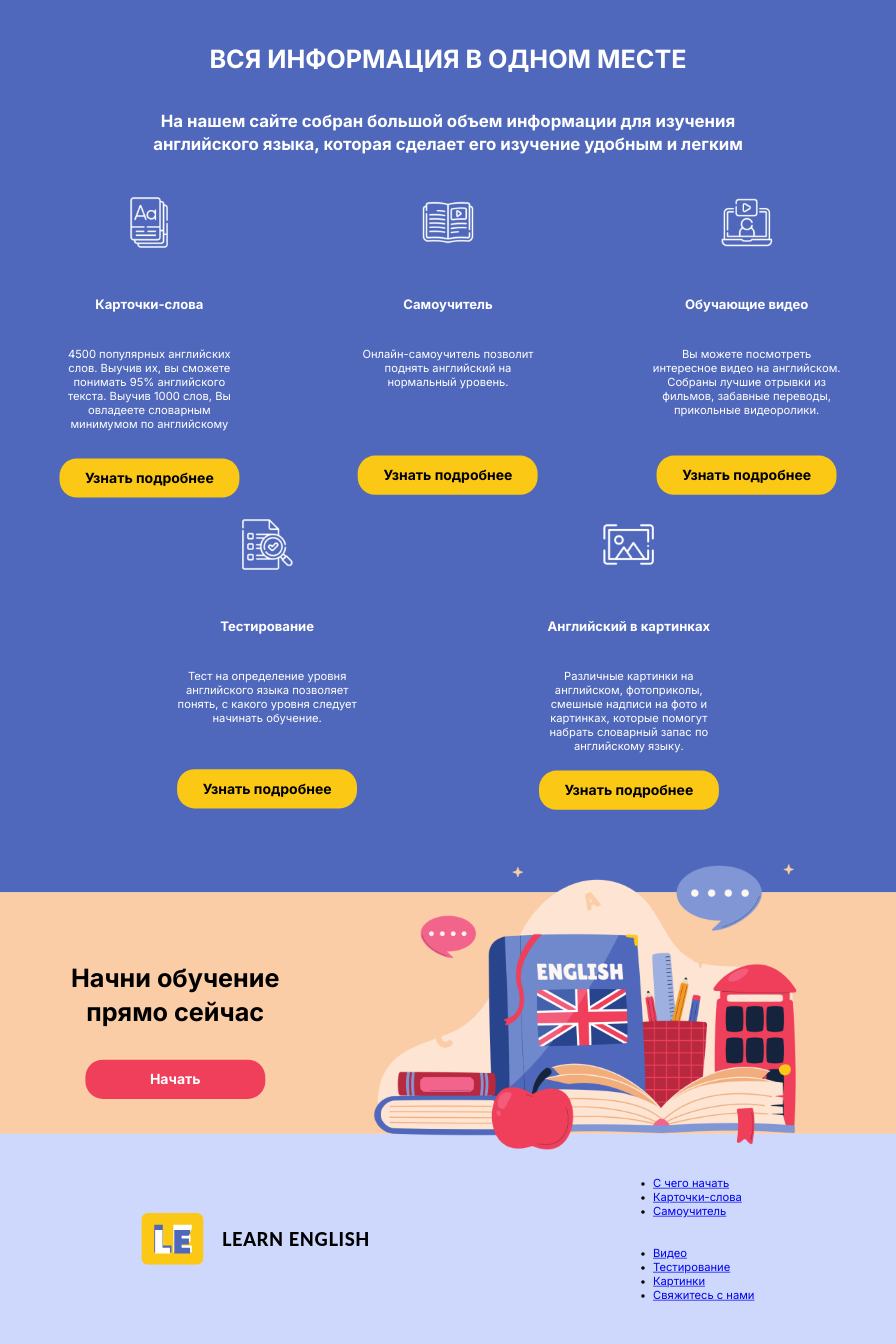
Repository: WladimirVA/Diplom
Page: scool/index.html
These files come from the project's save history. The page is drawn as it stood at one moment and after the next save; the edit follows.
The browser window is 1280 px wide. The pictures show the part of the page from y = 1377 to 3297 px (the page is 3297 px tall), at 70% of full size.

Above is the page before, as saved 2023-07-19 15:04:33.

### scool/index.html
<!DOCTYPE html>
<html lang="en">
<head>
    <meta charset="UTF-8">
    <meta name="viewport" content="width=device-width, initial-scale=1.0">
    <link href="./css/index.css" rel="stylesheet" type="text/css">
    <link href="../static/css/fonts.css" rel="stylesheet" type="text/css">
    <link rel="icon" sizes="16x16" href="./img/Vector.svg" type="image/x-icon">
    <title>Learn english</title>
</head>
<body>
    <header class="header" di="HOME">
        <div class="section">
            <div class="section-header">
                <div class="logo">
                    <img src="./img/Vector.svg">
                    <p>Learn english</p>
                </div>
                <div>

                    <ul class="ddropdownn">
                        <li class="ddropdownn-top">
                        <a class="ddropdownn-top" href="#">С чего начать</a>
                        </li>
                        <li class="ddropdownn-top">
                            <a class="ddropdownn-top" href="mailto:dyadichenko_va@mail.ru">Свяжитесь с нами</a>
                        </li>
                        <li class="ddropdownn-top">
                        <a class="ddropdownn-top" href="#">Обучение &#9660;</a>
                            <ul class="ddropdownn-inside">
                                <li><a href="/">Карточки-слова</a></li>
                                <li><a href="/">Самоучитель</a></li>
                                <li><a href="/">Видео</a></li>
                                <li><a href="/">Тестирование</a></li>
                                <li><a href="/">Картинки</a></li>
                            </ul>
                        </li>

                    </ul>
                </div>
            </div>
        </div>
    </header>
    <main>
        <section class="BEGINNES">
            <div class="section">
                <div class="content-beginners">
                    <div class="beginners-inf">
                        <h1>Английский <br>для начинающих</h1>
                        <p>Огромный объём <span  style="font-weight:900"> бесплатный <br></span> информации для изучения английского языка</p>
                        <div>
                            <ul class="home_ul">
                                <li class="home_li"><img class="check" src="./img/Иконка _Галочка_ 3.svg">Без регистрации</li>
                                <li class="home_li"><img class="check" src="./img/Иконка _Галочка_ 3.svg">Удобно и легко</li>
                            </ul>
                        </div>
                        <div class="buttonsHome">
                            <form action="#" method="post">
                                <button class="button_home">Начать обучение</button>
                            </form>
                        </div>
                    </div>
                    <div class="beginners-img">
                        <img src="./img/BACKGROUND.png" alt="foto">
                    </div>
                </div>
            </div>
        </section>
        <section class="LEARNING">
            <div class="section">
                <div class="content-learning">
                    <h1>С чего начать изучение<br> английского языка</h1>
                        <div class="learning">
                            <div class="img-learning">
                                <img src="./img/Group 31.png" alt="foto">
                            </div>
                            <div class="learning-text">
                                <div>
                                    <p class="popular">Самым популярным языком в мире является английский язык</p>
                                </div>
                                <div class="learning-text-img">
                                    <img src="./img/1.png" alt="number1">
                                    <p>Если у Вас уже есть определённые знания английского языка, проверьте свой уровень владения языком с помощью онлайн-тестирования, созданного по междунарожным стандартам</p>
                                </div>
                                <div class="learning-text-img">
                                    <img src="./img/2.png" alt="number2">
                                    <p>Если Вы решили изучать английский впервые, то начните с карточек-слов. Каждый день пробегайте по 20-100 слов</p>
                                </div>
                            </div>
                        </div>
                </div>
            </div>
        </section>
        <section class="INFORMATION">
            <div class="section">
                <div class="content-information">
                    <div class="information-text">
                        <h1>Вся информация в одном месте</h1>
                        <p>На нашем сайте собран большой объем информации для изучения <br> английского языка, которая сделает его изучение удобным и легким</p>
                    </div>
                </div>
                <div class="information">
                    <div class="information1">
                        <div class="a">
                            <img src="./img/Mask group.png" alt="foto">
                            <h3>Карточки-слова</h3>
                            <p>4500 популярных английских слов. Выучив их, вы сможете понимать 95% английского текста. Выучив 1000 слов,
                                Вы овладеете словарным минимумом по английскому</p>
                            <form class="buttton-inf1" action="#" method="post">
                                <button class="button_home">Узнать подробнее</button>
                            </form>
                        </div>
                        <div class="b">
                            <img src="./img/Mask group2.png" alt="foto">
                            <h3>Самоучитель</h3>
                            <p>Онлайн-самоучитель позволит поднять английский на нормальный уровень.</p>
                            <form class="buttton-inf2" action="#" method="post">
                                <button class="button_home">Узнать подробнее</button>
                            </form>
                        </div>
                        <div class="c">
                            <img src="./img/Mask group3.png" alt="foto">
                            <h3>Обучающие видео</h3>
                            <p>Вы можете посмотреть интересное видео на английском. Собраны лучшие отрывки из фильмов, забавные переводы, прикольные видеоролики.</p>
                            <form class="buttton-inf3" action="#" method="post">
                                <button class="button_home">Узнать подробнее</button>
                            </form>
                        </div>
                    </div>
                    <div class="information2">
                        <div class="d">
                            <img src="./img/Mask group4.png" alt="foto">
                            <h3>Тестирование</h3>
                            <p>Тест на определение уровня английского языка позволяет понять, с какого уровня следует начинать обучение.</p>
                            <form class="buttton-inf4" action="#" method="post">
                                <button class="button_home">Узнать подробнее</button>
                            </form>
                        </div>
                        <div class="e">
                            <img src="./img/Mask group5.png" alt="foto">
                            <h3>Английский в картинках</h3>
                            <p>Различные картинки на английском, фотоприколы, смешные надписи на фото и картинках, которые помогут набрать словарный запас по английскому языку.</p>
                            <form class="buttton-inf5" action="#" method="post">
                                <button class="button_home">Узнать подробнее</button>
                            </form>
                        </div>
                    </div>
                </div>
            </div>
        </section>
        <section class="TRANING">
            <div class="section">
                <div class="training">
                    <div class="training-inf">
                        <p>Начни обучение <br>прямо сейчас</p>
                        <form class="buttton-training1">
                            <button class="button_home buttton-training">Начать</button>
                        </form>
                    </div>
                    <div class="training-img">
                        <img src="./img/image 2 (3).png" alt="number2">
                    </div>
                </div>
            </div>
        </section>
    </main>
    <footer class="FOOTER">
        <div class="section">
            <div class="section-footer">
                <div class="logo">
                    <img src="./img/Vector.svg">
                    <p>Learn english</p>
                </div>
                <div class="ddropdownn-footer">
                    <div class="ddropdownn-menu">
                        <ul class="ddropdownn1">
                            <li><a href="#">С чего начать</a></li>
                            <!-- <li><a href="#">Обучение</a></li> -->
                            <li><a href="#">Карточки-слова</a></li>
                            <li><a href="#">Самоучитель</a></li>
                        </ul>
                    </div>
                    <div class="ddropdownn-menu">
                        <ul class="ddropdownn2">
                            <li><a href="#">Видео</a></li>
                            <li><a href="#">Тестирование</a></li>
                            <li><a href="#">Картинки</a></li>
                            <li><a class="link" href="mailto:dyadichenko_va@mail.ru">Свяжитесь с нами</a></li>
                        </ul>
                    </div>
                </div>
            </div>
        </div>
    </footer>
</body>
</html>

### scool/css/index.css
body {
    scroll-behavior: smooth;
    align-items: center;
    width: 100%;
    max-width: 1366px;
    margin: auto;
    font-family: 'Inter', 'Work Sans', "NunitoSans-Light", Arial, Helvetica, sans-serif;
}
* {
    margin: 0;
    padding: 0;
}

.logo {
    display: flex;
    align-items: center;
}

.logo p {
    font-family: Lato;
    font-size: 26px;
    font-weight: 800;
    line-height: 48px;
    letter-spacing: 0.035em;
    text-align: left;
    text-transform: uppercase;
    padding-left: 1em;
}

/* Стили выпадающего списка */
ul.ddropdownn li {/* Считаем координаты относительно исходного места. */
    position: relative; }
ul.ddropdownn, ul.ddropdownn-inside {
    /* Отступы на нуле. */
    padding: 0;
    /* Маркеры уберем. */
    list-style-type: none;
    }
ul.ddropdownn-inside {
    /* Спрячем дочерние элементы выпадающего списка. */
    left: -9999px;
    position: absolute;
    }
ul.ddropdownn li.ddropdownn-top {
    /* Небольшой отступ. */
    margin: 20px 1px 0 0;
    /* Выравнивание по левой стороне. */
    float: left;
    display: inline;
    }
ul.ddropdownn li.ddropdownn-top a {
    /* Делаю элементы блочными. */
    display: block;
    /* Снова отступы. */
    padding: 3px 30px 4px;
    text-decoration: none;
    color: black;
    font-family: Inter;
    width: 145px;
    }
/* ul.ddropdownn a.ddropdownn-top {/* Цвет фона. */ background: #FEF6F3; } */
ul.ddropdownn a.ddropdownn-top:hover {/* Отступы. */ padding: 13px 20px 4px; }
ul.ddropdownn li.ddropdownn-top:hover .ddropdownn-inside {
    left: 0;
    /* Делаю элементы блочными. */
    display: block;
    }
ul.ddropdownn .ddropdownn-inside {/* Цвет фона. */ background: #FEF6F3; }
ul.ddropdownn .ddropdownn-inside a:hover {/* Цвет фона изменится при наведении. */
    background: #FEF6F3; }


@media screen and (max-width: 745px) {
    .header-nav {
        display: block;
        padding-top: 0px;
    }
}


.section-header {
    display: flex;
    justify-content: space-between;
    background-color: #FEF6F3;
    padding: 5px 0px 0 70px;

}

.BEGINNES {
    background: #FEF6F3;
}

.content-beginners {
    display: flex;
    justify-content: space-between;
}

.beginners-inf {
    padding: 50px 0 0 70px;
}

.beginners-inf h1 {
    font-family: Inter;
    font-size: 44px;
    font-weight: 700;
    line-height: 48px;
    letter-spacing: -0.08em;
    text-align: left;
    text-transform: uppercase;
    font-family: Inter;
    font-size: 45px;
    font-weight: 700;
    line-height: 48px;
    letter-spacing: 0.035em;
    text-align: left;
}

.beginners-img img {
    width: 100%;
    height: auto;
}

.beginners-inf p {
    margin-top: 50px;
}

.content-beginners {
    font-family: Inter;
    font-size: 22px;
    font-weight: 700;
    line-height: 24px;
    letter-spacing: 0em;
    text-align: left;

    font-family: Inter;
    font-size: 22px;
    font-weight: 500;
    line-height: 24px;
    letter-spacing: 0em;
    text-align: left;

    font-family: Inter;
    font-size: 20px;
    font-weight: 500;
    line-height: 24px;
    letter-spacing: 0em;
    text-align: left;
}

.home_ul {
    list-style-type: none;
    padding: 20px 0 20px 0;
}

.check {
    margin-left: 15px;
}

.button_home {
    font-family: Inter;
    font-size: 20px;
    font-weight: 700;
    line-height: 24px;
    letter-spacing: 0em;
    text-align: center;
    background:#FBC815;
    border-style: none;
    border-radius: 25px;
    width: 257px;
    height: 56px;
}

.LEARNING {
    background: #FDE4D3;
}

.learning {
    display: flex;
    justify-content: space-evenly;
}

.img-learning img {
    width: 100%;
    height: auto;
}

.content-learning h1 {
    text-align: center;
    text-transform: uppercase;
    font-family: Inter;
    font-size: 36px;
    font-weight: 700;
    line-height: 48px;
    letter-spacing: 0em;
    text-align: center;
    padding-top: 65px;

}

.popular {
    margin-left: 20px;
}

.learning-text {
    max-width: 550px;
    margin-top: 50px;
}

.learning-text p {
    font-family: Inter;
    font-size: 20px;
    font-weight: 500;
    line-height: 24px;
    letter-spacing: 0em;
    text-align: left;
}

.learning-text-img {
    margin-top: 60px;
}

.learning-text-img p {
    margin: -38px 0 0 20px;
}

.INFORMATION {
    background: #4F68BB;
    height: 1275px;
}

.information-text {
    text-align: center;
    color: #FFFFFF;
    /* max-width: 932px; */
}


.content-information h1 {
    font-family: Inter;
    font-size: 36px;
    font-weight: 700;
    line-height: 48px;
    letter-spacing: 0em;
    text-align: center;
    text-transform: uppercase;
    padding: 60px 0 50px 0;
}

.content-information p {
    font-family: Inter;
    font-size: 24px;
    font-weight: 700;
    line-height: 32px;
    letter-spacing: 0em;
    text-align: center;
}


.information1 {
    color: #FFFFFF;
    height: 400px;
    text-align: center;
    display: flex;
    justify-content: space-around;
    margin: 60px 0 0 0;
}

.information1 p {
    max-width: 270px;
}

.information1 h3 {
    padding: 65px 0 50px 0;
}

.information2 {
    color: #FFFFFF;
    height: 400px;
    text-align: center;
    margin: 60px 0 0 0;
    display: flex;
    justify-content: space-evenly;
}

.information2 p {
    max-width: 270px;
}
.information2 h3 {
    padding: 65px 0 50px 0;
}

.buttton-inf1 {
    margin-top: 39px;
}
.buttton-inf2 {
    margin-top: 95px;
}
.buttton-inf3 {
    margin-top: 55px;
}
.buttton-inf4 {
    padding-top: 63px;
}
.buttton-inf5 {
    padding-top: 25px;
}

.TRANING {
    background:rgba(251, 205, 166, 1);
    height: 345px;
}

.training {
    display: flex;
    align-items: center;
    justify-content: space-evenly;
}

.training-inf {
    display: block;
    text-align: center;
}

.training-inf p {
    font-family: Inter;
    font-size: 36px;
    font-weight: 700;
    line-height: 48px;
    letter-spacing: 0em;
    text-align: center;
}

.buttton-training1 {
    padding-top: 45px;
}

.buttton-training {
    color: #FFFFFF;
    font-family: Inter;
    font-size: 20px;
    font-weight: 700;
    line-height: 24px;
    letter-spacing: 0em;
    text-align: center;
   background: rgba(240, 63, 90, 1);
}

.training-img {
    margin-top: -60px;
}

.FOOTER {
    background:rgba(205, 216, 252, 1);
    height: 300px;
    align-items: center;
    display: grid;
    justify-items: stretch;
}

.section-footer {
    display: flex;
    justify-content: space-around
}

.ddropdownn-footer {
    display: flex;
    flex-direction: column;
}

.ddropdownn-menu {
    display: flex;
}

.ddropdownn1 .ddropdownn2{
    display: flex;
    font-family: Inter;
    font-size: 24px;
    font-weight: 400;
    line-height: 20px;
    letter-spacing: 0em;
    text-align: left;
    list-style-type:none
}

.ddropdownn2 {
    margin: 40px 0 0 0;
}

.ddropdownn-footer li {
    padding: 0 0 0 0;
}

### static/css/fonts.css
/* @import url('https://fonts.googleapis.com/css2?family=Work+Sans:ital,wght@0,600;0,800;1,800&display=swap'); */


/* @import url('https://fonts.googleapis.com/css2?family=Inter:wght@400;500;600;700;800&family=Work+Sans:ital,wght@0,600;0,800;1,800&display=swap'); */


@import url('https://fonts.googleapis.com/css2?family=Inter:wght@100;200;300;400;500;600;700;800;900&display=swap');

@import url('https://fonts.googleapis.com/css2?family=Inter:wght@100;200;300;400;500;600;700;800;900&family=Work+Sans:ital,wght@0,100;0,200;0,300;0,400;0,500;0,600;0,700;0,800;0,900;1,100;1,200;1,300;1,400;1,500;1,600;1,700;1,800;1,900&display=swap');

After the next save:
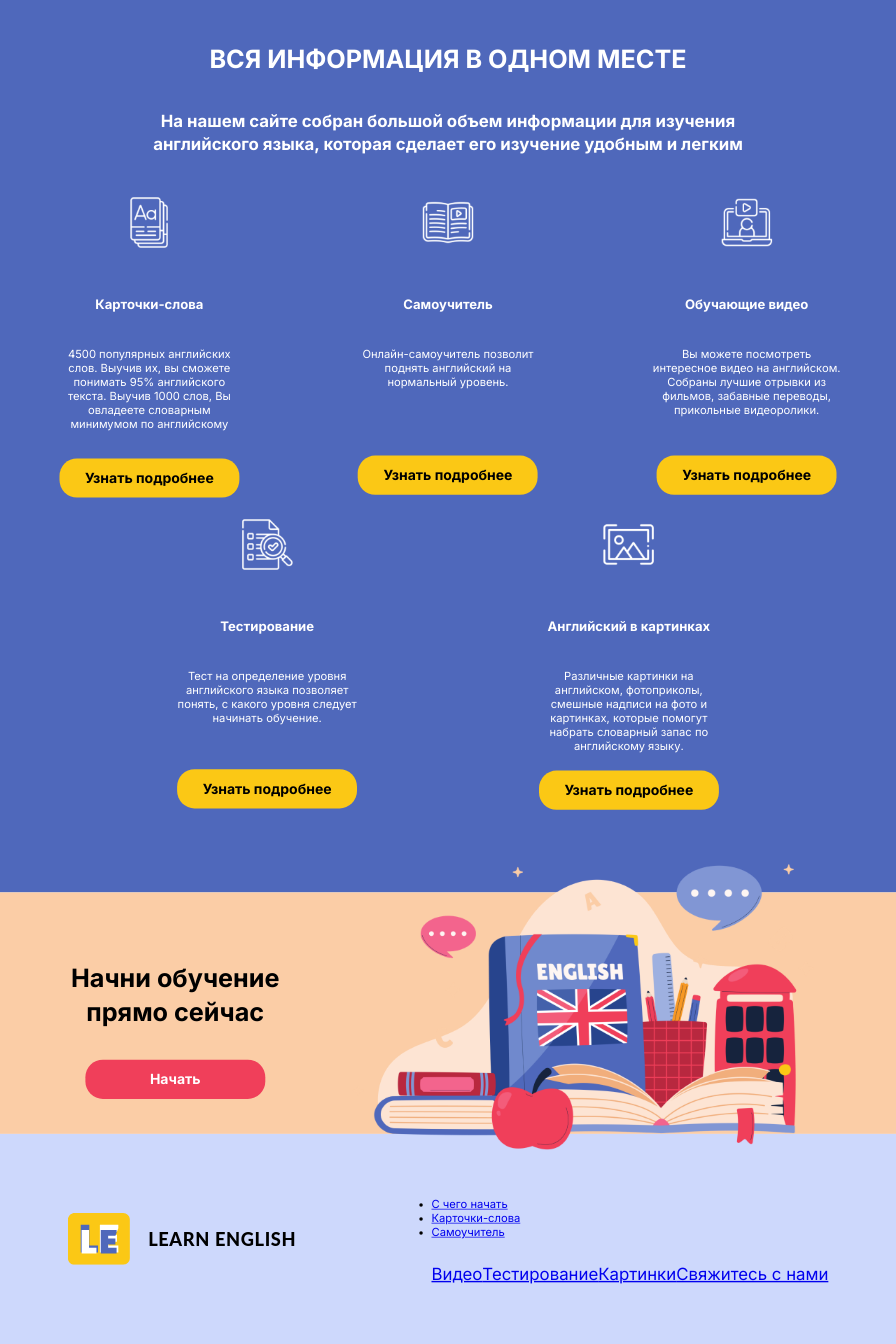
Saved 51 s later.
--- a/scool/css/index.css
+++ b/scool/css/index.css
@@ -383,9 +383,13 @@ ul.ddropdownn .ddropdownn-inside a:hover {/* Цвет фона изменитс
 }
 
 .ddropdownn2 {
+    display: flex;
+    font-family: Inter;
+    font-size: 24px;
+    font-weight: 400;
+    line-height: 20px;
+    letter-spacing: 0em;
+    text-align: left;
+    list-style-type: none;
     margin: 40px 0 0 0;
 }
-
-.ddropdownn-footer li {
-    padding: 0 0 0 0;
-}
